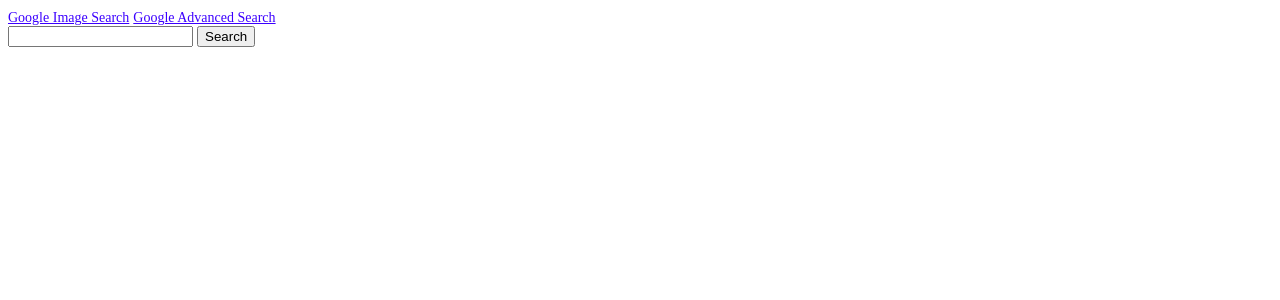
Repository: lyutok/cs50-search-project
Page: google.html
These files come from the project's save history. The page is drawn as it stood at one moment and after the next save; the edit follows.
The browser window is 1280 px wide. The pictures show the whole page.
The style sheet was rebuilt from its Sass, Less or Tailwind sources for each picture, by a compiler version that may differ from the author's.

Above is the page before, as saved 2025-07-05 18:19:34.

### google.html
<!DOCTYPE html>
<html lang="en">
<head>
    <meta name="viewport" content="width=device-width, initial-scale=1.0" charset="UTF-8">
    <title>Google Search</title>
    <link rel="stylesheet" href="styles.css">
    </head>
<body>
    <a href="image.html">Google Image Search</a>
    <a href="advanced.html">Google Advanced Search</a>
    <form action="https://www.google.com/search">
        <input type="text" name="q">
        <button type="submit">Search</button>
    </form>
</body>
</html>

### styles.scss
$color: rgb(60, 0, 255);

a {
    font-size: 14px;
    text-align: right;
    color: $color;
}

After the next save:
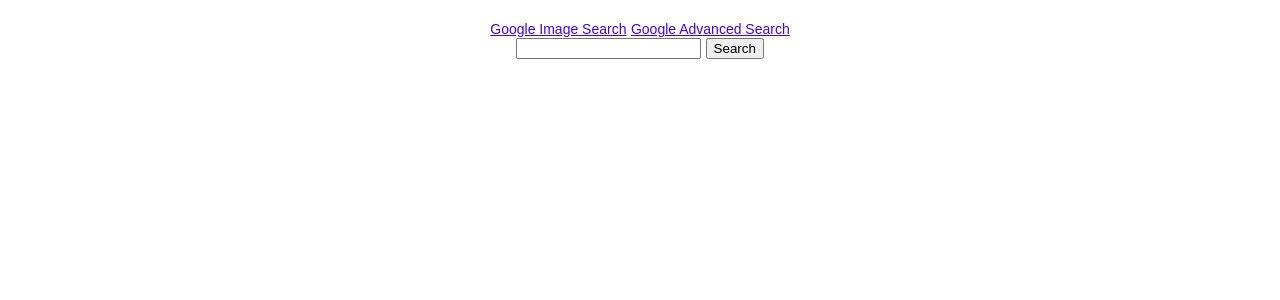
Saved 64 s later.
--- a/styles.scss
+++ b/styles.scss
@@ -2,6 +2,12 @@
 
 a {
     font-size: 14px;
-    text-align: right;
     color: $color;
 }
+
+body {
+    font-family: Arial, sans-serif;
+    margin: 0;
+    padding: 20px;
+    text-align: center;
+}
